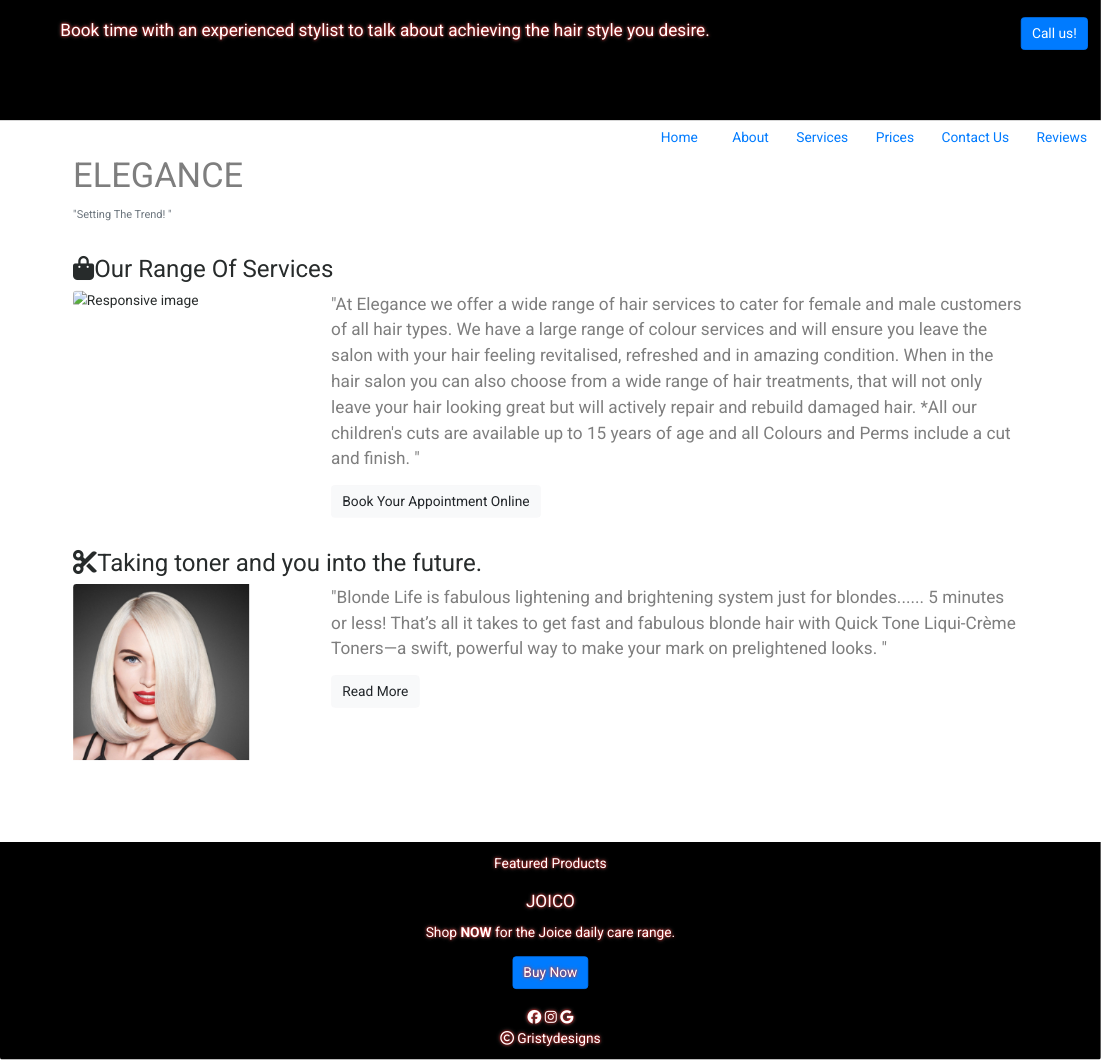
Repository: Gristydesigns/elegance-salon
Page: services.html
The author's editor kept a record of every edit. The page is drawn from the files as they stood at one moment, then again after the next edit.
The browser window is 1280 px wide. The page is 1295 px wide, so the pictures cover 1295 px, including what lies to the right of the window. The pictures show the whole page, at 86% of full size.
Some web libraries are served in a nearby version.

Above is the page before.
Console error: TypeError: Cannot read properties of undefined (reading 'fn')
Not found: image/serices-pic2.jpg

### services.html
<!DOCTYPE html>
<html lang="en">
<!--Head------------------------->

<head>
    <meta charset="UTF-8">
    <meta name="viewport" content="width=device-width, initial-scale=1.0">
    <meta http-equiv="X-UA-Compatible" content="ie=edge">
    <link rel="stylesheet" href="https://stackpath.bootstrapcdn.com/bootstrap/4.3.1/css/bootstrap.min.css" integrity="sha384-ggOyR0iXCbMQv3Xipma34MD+dH/1fQ784/j6cY/iJTQUOhcWr7x9JvoRxT2MZw1T" crossorigin="anonymous">
    <script src="https://stackpath.bootstrapcdn.com/bootstrap/4.3.1/js/bootstrap.min.js" integrity="sha384-JjSmVgyd0p3pXB1rRibZUAYoIIy6OrQ6VrjIEaFf/nJGzIxFDsf4x0xIM+B07jRM" crossorigin="anonymous"></script>
    <link href="https://fonts.googleapis.com/css?family=Roboto:400,700&display=swap" rel="stylesheet">
    <script src="https://kit.fontawesome.com/d13d47f9ca.js"></script>
    <link rel="stylesheet" href="assets/css/style.css" type="text/css" />
    <title>Elegance Hair Salon Ledbury</title>
</head>
<!--End------------------------->

<body>
    <header>
        <!--callout--------------->
        <section class="container-fluid call-to-action">
            <div class="row">
                <div class="col-12">
                    <button class="btn-spinner-grow btn-spinner-grow-sm btn btn-primary btn-md float-right">Call us!<href="#" role="button"></button>
                <p class="lead">Book time with an experienced stylist  to talk about achieving the hair style you desire.</p>
                </div>
            </div>
        </section>
        <!--End------------------------->
        <!--Nav Bar--------------------->
        <section class="container-nav nav-bar">
            <div class="row">
                <div class="col-12 ">
                    <div class="nav navbar-light bg-light navbar-expand-sm nav-position left >
                             <a href=" # "class="navbar-salon "></a>
                               <button class="navbar-toggler mr-auto " type="button " data-toggle="collapse " data-target="#navbarNavDropdown " aria-controls="navbarNavDropdown " aria-expanded="false " aria-label="Toggle navigation ">
                                <span class="navbar-toggler-icon "></span></button>
                                 <div class="collapse navbar-collapse " id="navbarNavDropdown ">

                                 <ul class="nav nav-pills ml-auto ">
                                  <li class="active nav-item mr-2 "><a class="nav-link Home " href="# ">Home</a>
                                  <li class="nav-item "><a class="nav-link About " href="# ">About</a>
                                  <li class="nav-item "><a class="nav-link Services " href="# ">Services</a>
                                  <li class="nav-item "><a class="nav-link Prices " href="# ">Prices</a>
                                  <li class="nav-item "><a class="nav-link Contact us " href="# ">Contact Us</a>
                                  <li class="nav-item "><a class="nav-link Reviews " href="# ">Reviews</a>
                                  <li class="nav-item dropdown ">
                                 </ul>
                               </div>
                             </div>
                            </div>
                          </div>
                        </div>
                     </div>
        <!--logo------------------------->
        <section class="container logo ">
                  <div class="row ">
                    <div class=" col-md-12 ">
                        <h1>ELEGANCE</h1>
                        <p class="text-muted "><small>"Setting The Trend! "</small></p>
                    </div>
                </div>
        </section>
<!--End------------------------->


     </header>
<!--End------------------------------>
<!--feature space---------------------->
 <section class="headliners ">
  <div class="container headliner ">
  <!--feature article 1---------------------->
    <div class="row ">
     <div class="col-12 ">
      <h3 class="text "><i class="fas fa-shopping-bag "></i>Our Range Of Services </h3>
        <div class="media ">
        <img src="image/serices-pic2.jpg " class="img-fluid rounded " alt="Responsive image ">
          </div>
           <blockquote class="blockquote ">
           <p>"At Elegance we offer a wide range of hair services to cater for female and male customers of all hair types. We have a large range of colour services and will ensure you leave the salon with your hair feeling revitalised, refreshed and in amazing condition.
               When in the hair salon you can also choose from a wide range of hair treatments, that will not only leave your hair looking great but will actively repair and rebuild damaged hair.
              *All our children's cuts are available up to 15 years of age and all Colours and Perms include a cut and finish. "</p>
             <p><a class="btn btn-md btn-light " href="https://elegance-hair-salon-hair-salon.business.site/ ">Book Your Appointment Online</a></p>
              </div>
             </blockquote>
             </div>
           </div>
         </div>
       </div>
     </div>
     </div>
    </div>
 <!--feature article 2---------------------->
 <div class="container headliner ">
 <div class="row ">
   <div class="col-12 ">
     <h3 class="text "><i class="fas fa-cut flexi-wrap "></i>Taking toner and you into the future.</h3>
       <div class="media ">
          <img src="image/platinumn2.png " class="img-fluid rounded " alt="Responsive image ">
           </div>
           <blockquote class="blockquote ">
            <p> "Blonde Life is fabulous lightening and brightening system just for blondes...... 5 minutes or less! That’s all it takes to get fast and fabulous blonde hair with Quick Tone Liqui-Crème Toners—a swift, powerful way to make your mark
                        on prelightened looks. "</p>
            <p><a class="btn btn-md btn-light " href="https://elegance-hair-salon-hair-salon.business.site/ ">Read More</a></p>
           </blockquote>
         </div>
        </div>
       </div>
      </div>
     </div>
    </div>
   </div>
  </section>
  <!--End------------------------->
   <!--footer---------------------->
  <footer>
   <section class="card-footer ">
     <div class="container-fluid footer ">
      Featured Products
     </div>
        <div class="card-body ">
         <h5 class="card-title ">JOICO</h5>
          <p class="card-text ">Shop <strong>NOW</strong> for the Joice daily care range.</p>
           <a href="https://my-salon.shop/?salonname=Elegance&salonlocation=Ledbury " class="btn btn-primary ">Buy Now</a>
        </div>
        <div class="card">
        <div class "row  ">
          <div class="col-12 ">
            <i class="fab fa-facebook "></i>
            <i class="fab fa-instagram "></i>
            <i class="fab fa-google "></i>
          </div>
        </div>
      </div>
        <div class "row ">
          <div class="col-12 ">
            <i class="far fa-copyright " 2019 Gristydesigns ">
                        </i>
                        Gristydesigns
                    </div>
                </div>
        </section>
        </footer>
        <script src="https://stackpath.bootstrapcdn.com/bootstrap/4.3.1/js/bootstrap.min.js" integrity="sha384-JjSmVgyd0p3pXB1rRibZUAYoIIy6OrQ6VrjIEaFf/nJGzIxFDsf4x0xIM+B07jRM" crossorigin="anonymous"></script>
        <script src="https://code.jquery.com/jquery-3.3.1.slim.min.js" integrity="sha384-q8i/X+965DzO0rT7abK41JStQIAqVgRVzpbzo5smXKp4YfRvH+8abtTE1Pi6jizo" crossorigin="anonymous"></script>
        <script src="https://cdnjs.cloudflare.com/ajax/libs/popper.js/1.14.7/umd/popper.min.js" integrity="sha384-UO2eT0CpHqdSJQ6hJty5KVphtPhzWj9WO1clHTMGa3JDZwrnQq4sF86dIHNDz0W1" crossorigin="anonymous"></script>
</body>

</html>
<!--End------------------------->

### assets/css/style.css
@import url('https://fonts.googleapis.com/css?family=Roboto&display=swap 100,200,300,400,500,600,700|Exo 100,200,300,400,500,600,700');
/*---------------------------------colors */

body {
   font-family: 'Roboto', sans-serif;
  background-color:#fff;
  -webkit-background-size: cover;
  -moz-background-size: cover;
  -o-background-size: cover;
  background-size: cover;

}
/*---------------------------------call out */

.call-to-action {
    height:140px;
    background-color: black;
    font-size:20px;
    font-weight: 600px;
    color: #fff;
    text-align: left;
    padding-left:70px;
    padding-top: 20px;
    bottom:5px;
    text-shadow: 0 0 3px #FF0000, 0 0 5px #7e7e7e
   }

   .button {
       padding-top:0;
       padding-bottom:20px;
      }
/*---------------------------------nav-container */
.navbar-collapse {
 background-color: #fff;
 padding-left:10px;
 }
.nav-bar {

}

/*---------------------------------Logo */
.logo {
    color:#7e7e7e;
    font-weight: 900px;
    text-shadow: 2px 2px 4px #25292A
    padding-top: 20px;
    padding-bottom: 20px;
    display: flex;
    justify-content: left;

   }
 /*---------------------------------headliner */
 .headliner {
     color:#272B2B;

     justify-content: center;
 }
 .blockquote {
     padding-left: 10px;
     padding-right: 5px;
     color: #7e7e7e;

 }
  /*---------------------------------feature space */
.media {
    height: 300px;
    flex: none;
    width: 300px;
    text-align: right;
    float: left;
 }

.img-fluid {
    max-width: 75%;
    height: auto;
    padding-bottom: 5px;
    padding-right: 20px;

}
   /*---------------------------------Footer */
.card-footer {
    text-align: center;
    background-color: black;
    border-top: 1px solid rgba(0,0,0,.125);
    color: #fff;
    text-shadow: 0 0 3px #FF0000, 0 0 5px #7e7e7e

}
 .card {
   background-color: black;
   text-align: center;
 }

After the next edit:
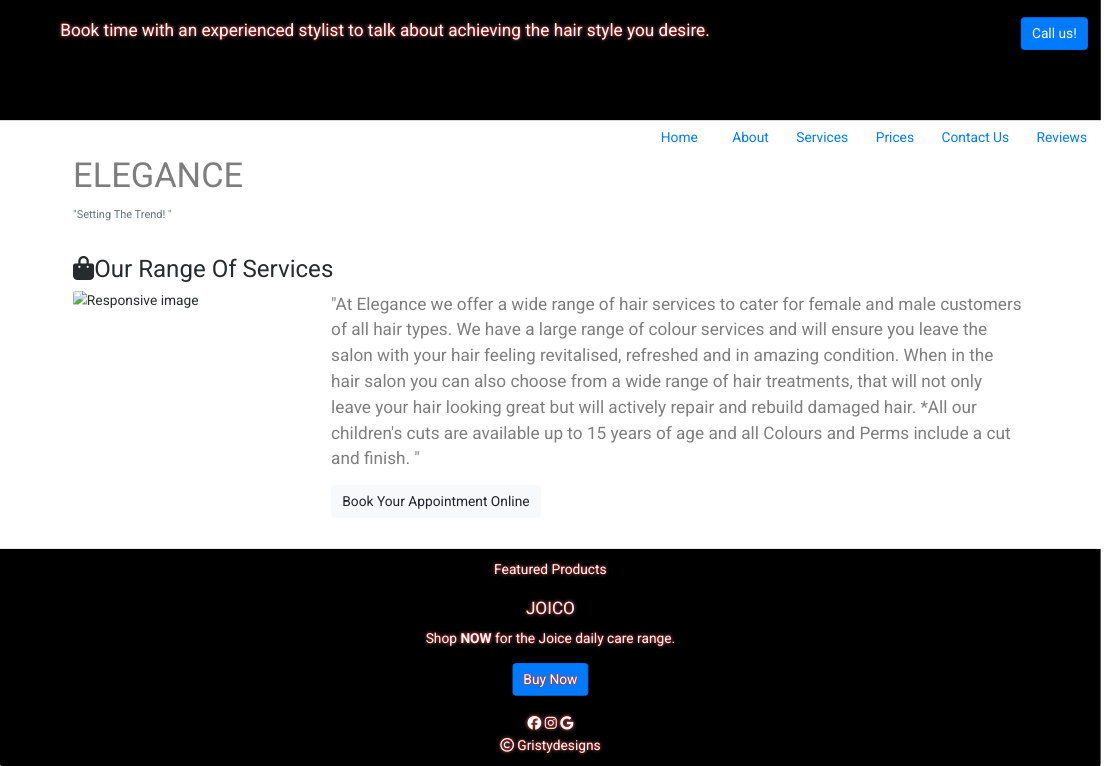
The edit:
--- a/services.html
+++ b/services.html
@@ -90,26 +90,7 @@
      </div>
      </div>
     </div>
- <!--feature article 2---------------------->
- <div class="container headliner ">
- <div class="row ">
-   <div class="col-12 ">
-     <h3 class="text "><i class="fas fa-cut flexi-wrap "></i>Taking toner and you into the future.</h3>
-       <div class="media ">
-          <img src="image/platinumn2.png " class="img-fluid rounded " alt="Responsive image ">
-           </div>
-           <blockquote class="blockquote ">
-            <p> "Blonde Life is fabulous lightening and brightening system just for blondes...... 5 minutes or less! That’s all it takes to get fast and fabulous blonde hair with Quick Tone Liqui-Crème Toners—a swift, powerful way to make your mark
-                        on prelightened looks. "</p>
-            <p><a class="btn btn-md btn-light " href="https://elegance-hair-salon-hair-salon.business.site/ ">Read More</a></p>
-           </blockquote>
-         </div>
-        </div>
-       </div>
-      </div>
-     </div>
-    </div>
-   </div>
+
   </section>
   <!--End------------------------->
    <!--footer---------------------->
